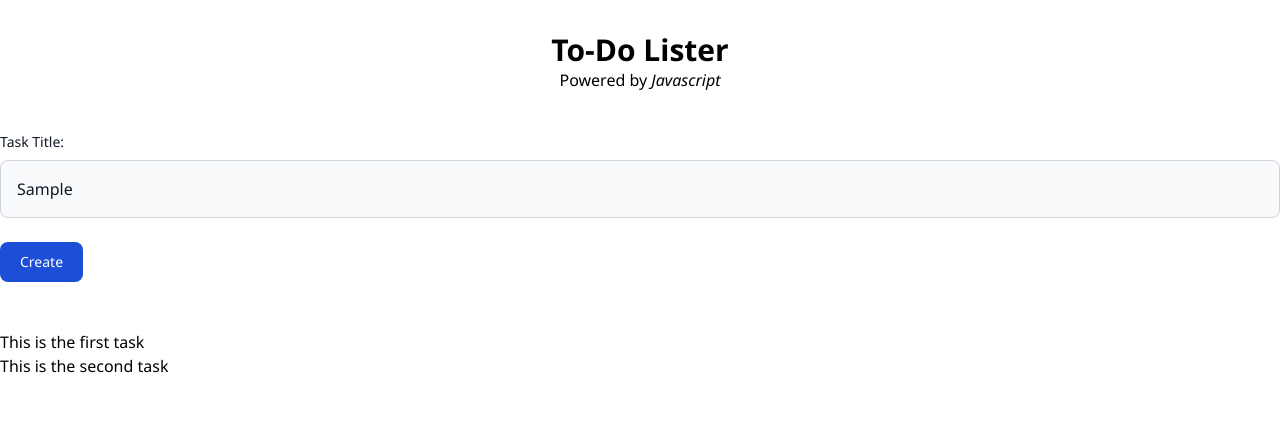
Repository: vxyux/to-do-lister
Page: index.html
These files come from the project's save history. The page is drawn as it stood at one moment and after the next save; the edit follows.
The browser window is 1280 px wide. The pictures show the whole page.
Empty fields were first filled with sample values (such as "Sample", 5 or name@example.com).
After loading, the first visible `span` was clicked once.
Some web libraries are served in a nearby version.

Above is the page before, as saved 2023-09-04 15:16:12.
Console error: TypeError: Cannot read properties of null (reading 'appendChild')

After the next save:
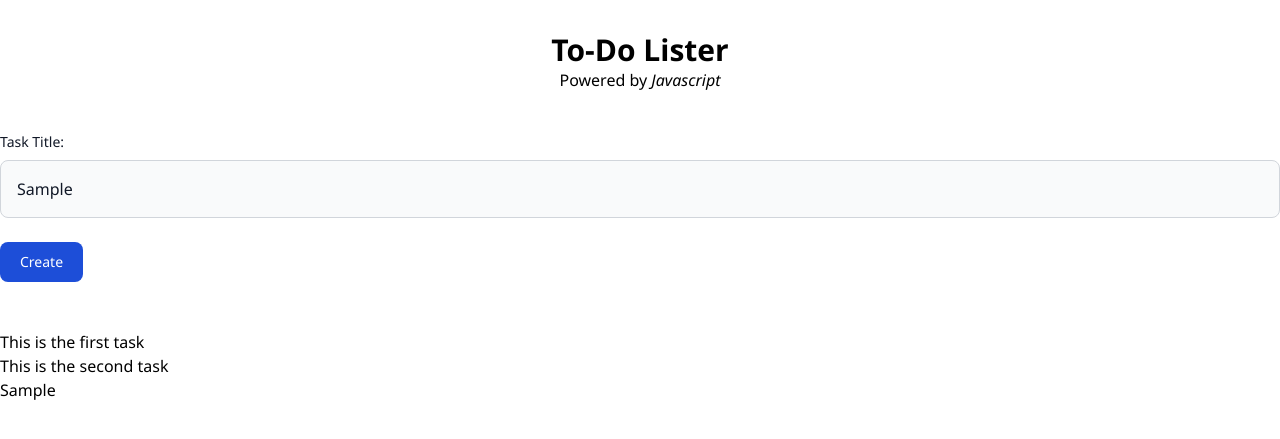
The error is gone.
Saved 91 s later.
--- a/app.js
+++ b/app.js
@@ -9,7 +9,7 @@ function newTask() {
     var tag = document.createElement('li');
     var content = document.createTextNode(userInput);
     tag.appendChild(content);
-    var element = document.getElementById('task');
+    var element = document.getElementById('to-dos');
     element.appendChild(tag);
   }
 
